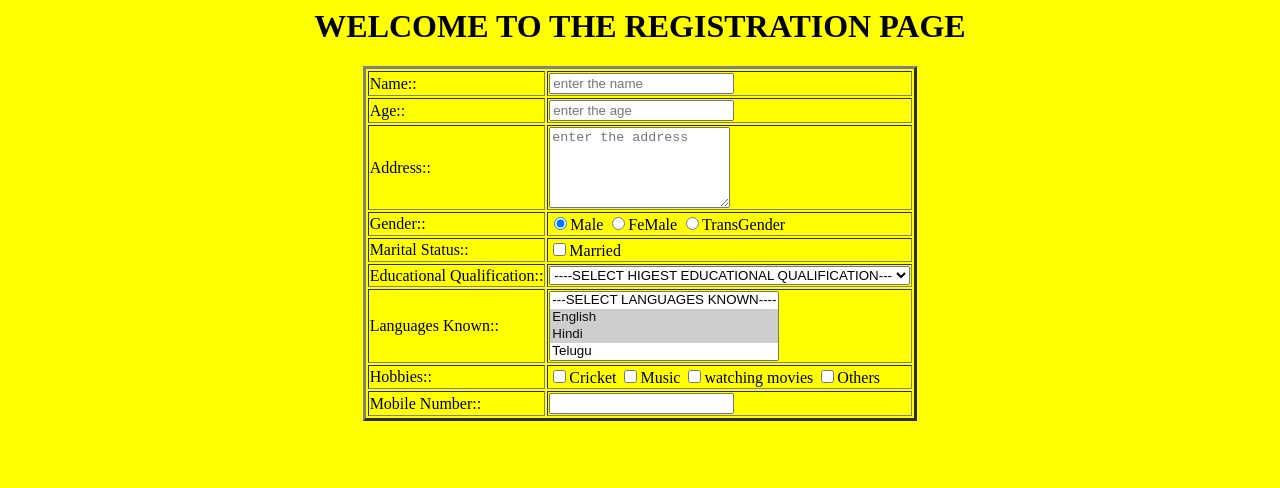
Repository: shivaramkrishna53/SERVLET_PROJECTS
Page: proj12-WorkingWithDifferentFormComponents-RegistrationApp/WebContent/input.html
The author's editor kept a copy of each file at every save. The page is drawn from the files as they stood at one save, then again after the next save.
The browser window is 1280 px wide. The pictures show the whole page.

Above is the page before, as saved 2021-01-12 14:59:16.

After the next save:
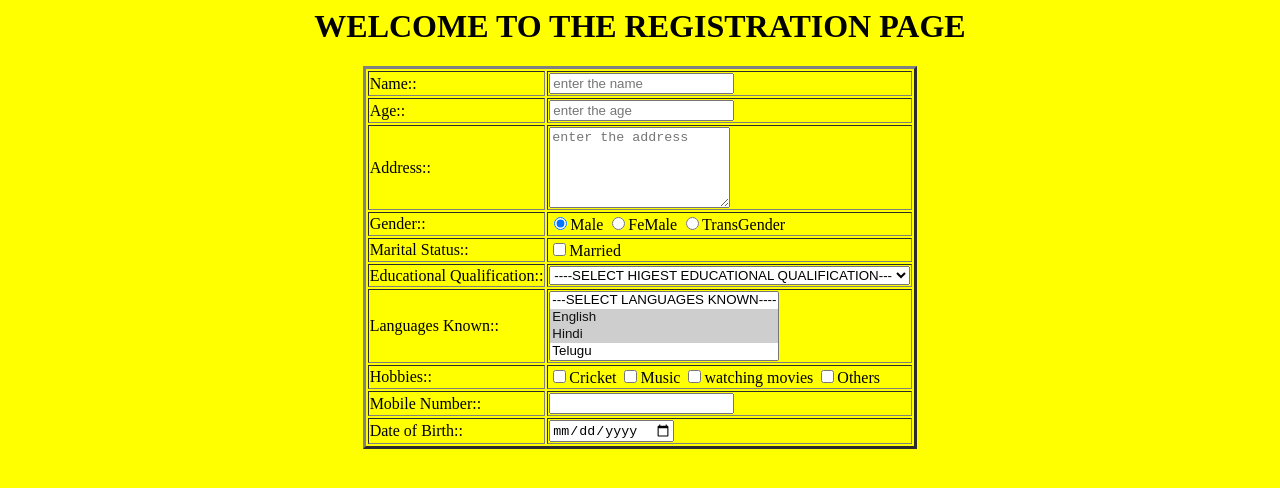
Saved 2 min 47 s later.
--- a/proj12-WorkingWithDifferentFormComponents-RegistrationApp/WebContent/input.html
+++ b/proj12-WorkingWithDifferentFormComponents-RegistrationApp/WebContent/input.html
@@ -83,6 +83,12 @@ Educational Qualification::
 <input type="tel" name="mobile">
 </td>
 </tr>
+<tr>
+<td>Date of Birth::</td>
+<td>
+<input type="date" name="dob">
+</td>
+</tr>
 </table>
 </form>
 </center>
